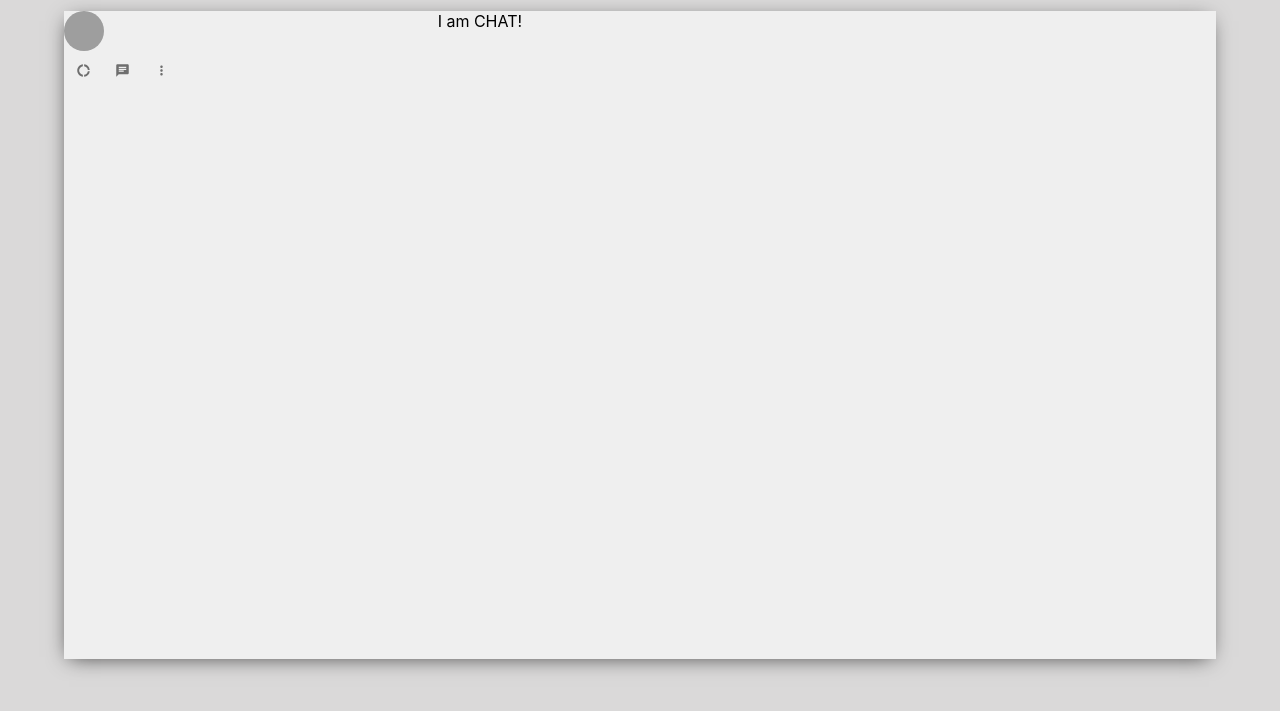
Repository: BogoGit/clone-whatsapp
Page: / (app in whatsapp-front/)
The author's editor kept a copy of each file at every save. The page is drawn from the files as they stood at one save, then again after the next save.
The browser window is 1280 px wide. The pictures show the whole page.
Pictures or frames that could not be fetched are drawn as grey boxes. The project was rebuilt for these pictures with package versions that can differ from the ones it lists, and the page was loaded fresh each time.

Above is the page before, as saved 2020-11-18 17:01:02.

### whatsapp-front/src/index.js
import React from 'react'
import ReactDOM from 'react-dom'
import './index.css'
import App from './Components/App'

ReactDOM.render(
	<React.StrictMode>
		<App />
	</React.StrictMode>,
	document.getElementById('root')
)

### whatsapp-front/src/index.css
*,
*::before,
*::after {
	margin: 0;
	padding: 0;
	box-sizing: border-box;
}

html {
	font-size: 62.5%;
}

body {
	margin: 0;
	font-family: -apple-system, BlinkMacSystemFont, 'Segoe UI', 'Roboto', 'Oxygen',
		'Ubuntu', 'Cantarell', 'Fira Sans', 'Droid Sans', 'Helvetica Neue',
		sans-serif;
	font-size: 1.6rem;
	-webkit-font-smoothing: antialiased;
	-moz-osx-font-smoothing: grayscale;
}

code {
	font-family: source-code-pro, Menlo, Monaco, Consolas, 'Courier New',
		monospace;
}

### whatsapp-front/src/Components/App.js
import React from 'react'
import './App.css'
import Sidebar from './Sidebar'
import Chat from './Chat'

function App() {
	return (
		<div className='app'>
			<div className='app__body'>
				<Sidebar />
				<Chat />
			</div>
		</div>
	)
}

export default App

### whatsapp-front/src/Components/App.css
.app {
	display: grid;
	place-items: center;
	height: 100vh;
	background-color: #dad9d9;
}

.app__body {
	display: flex;
	background-color: #efefef;
	margin-top: -5rem;
	height: 90vh;
	width: 90vw;
	box-shadow: -1px 4px 2rem -6px rgba(0, 0, 0, 0.75);
}

### whatsapp-front/src/Components/Sidebar.js
import React from 'react'
import './Sidebar.css'
import DonutLargeIcon from '@material-ui/icons/DonutLarge'
import ChatIcon from '@material-ui/icons/Chat'
import MoreVertIcon from '@material-ui/icons/MoreVert'
import { Avatar, IconButton } from '@material-ui/core'

const Sidebar = () => {
	return (
		<div class='sidebar'>
			<div className='sidebar__header'>
				<Avatar src='https://media-exp1.licdn.com/dms/image/C4E03AQGGqZWpjHYUUg/profile-displayphoto-shrink_400_400/0?e=1611187200&v=beta&t=y6jr13vae_pl2v3V5tMdfqomm_dYtnKT4jKiYVt33hw' />
				<div className='sidebar__headerRight'>
					<IconButton>
						<DonutLargeIcon />
					</IconButton>
					<IconButton>
						<ChatIcon />
					</IconButton>
					<IconButton>
						<MoreVertIcon />
					</IconButton>
				</div>
			</div>
		</div>
	)
}

export default Sidebar

### whatsapp-front/src/Components/Chat.js
import React from 'react'

const Chat = () => {
	return <div class='chat'>I am CHAT!</div>
}

export default Chat

### whatsapp-front/src/Components/Sidebar.css
.sidebar {
	display: flex;
	flex-direction: column;
	flex: 0.35;
}

Loaded but not shown: whatsapp-front/public/index.html (common file)

After the next save:
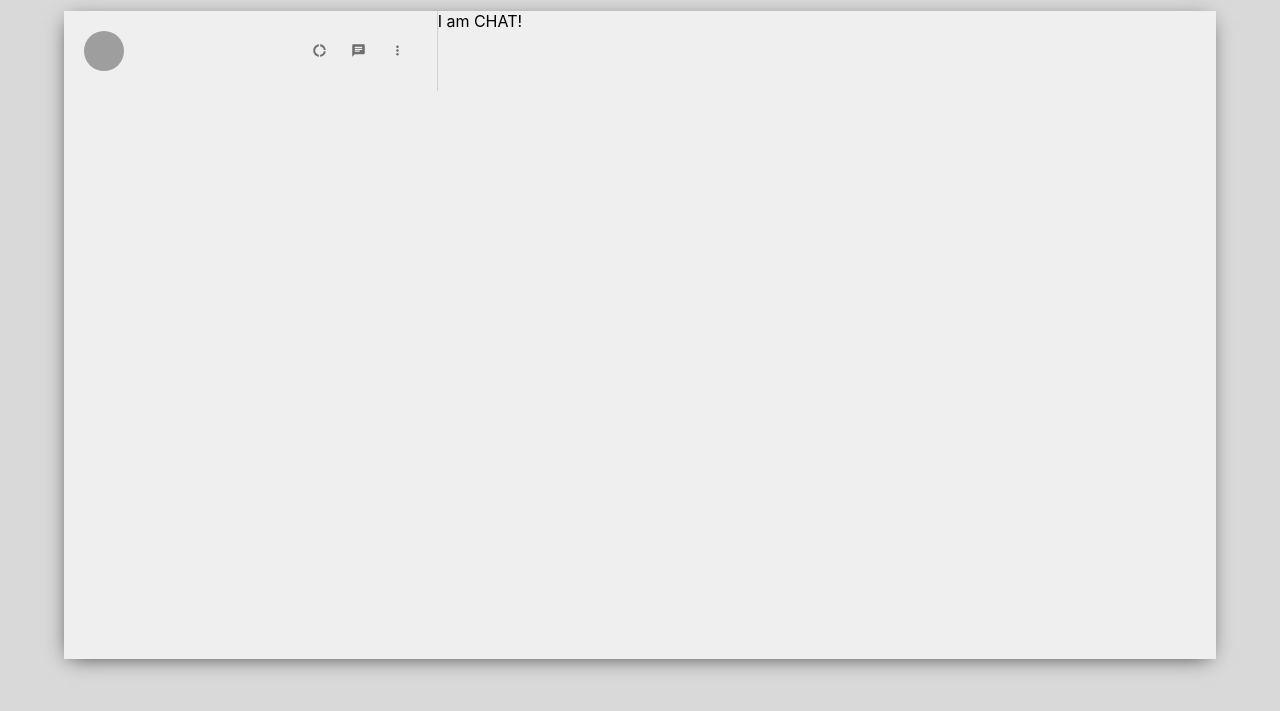
Saved 72 s later.
--- a/whatsapp-front/src/Components/Sidebar.css
+++ b/whatsapp-front/src/Components/Sidebar.css
@@ -3,3 +3,10 @@
 	flex-direction: column;
 	flex: 0.35;
 }
+
+.sidebar__header {
+	display: flex;
+	justify-content: space-between;
+	padding: 2rem;
+	border-right: solid 1px lightgray;
+}
